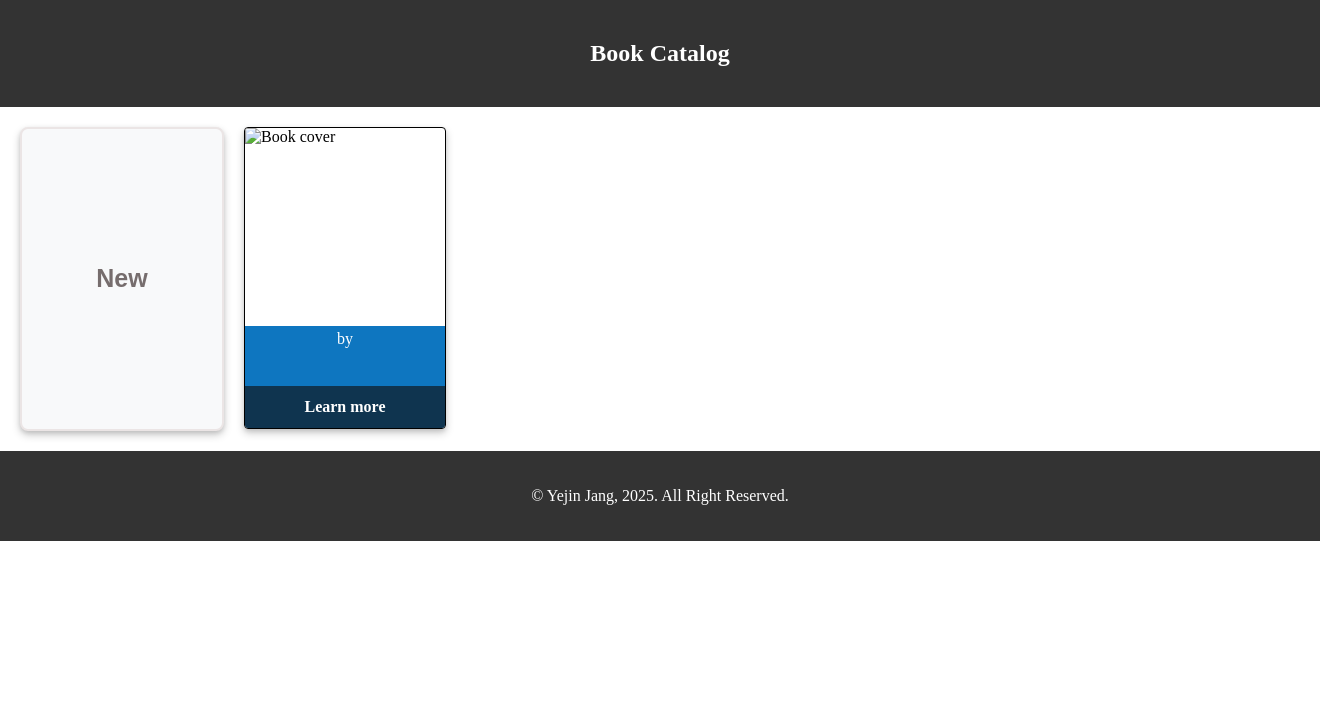
Repository: Yejin-Digital/Lab3-Assignment-BookCatalog
Page: /
These files come from the project's save history. The page is drawn as it stood at one moment and after the next save; the edit follows.
The browser window is 1280 px wide. The page is 1320 px wide, so the pictures cover 1320 px, including what lies to the right of the window. The pictures show the whole page.
The project was rebuilt for these pictures with package versions that can differ from the ones it lists, and the page was loaded fresh each time. Also part of the build but not shown: vite.config.js.

Above is the page before, as saved 2025-09-19 01:39:42.

After the next save:
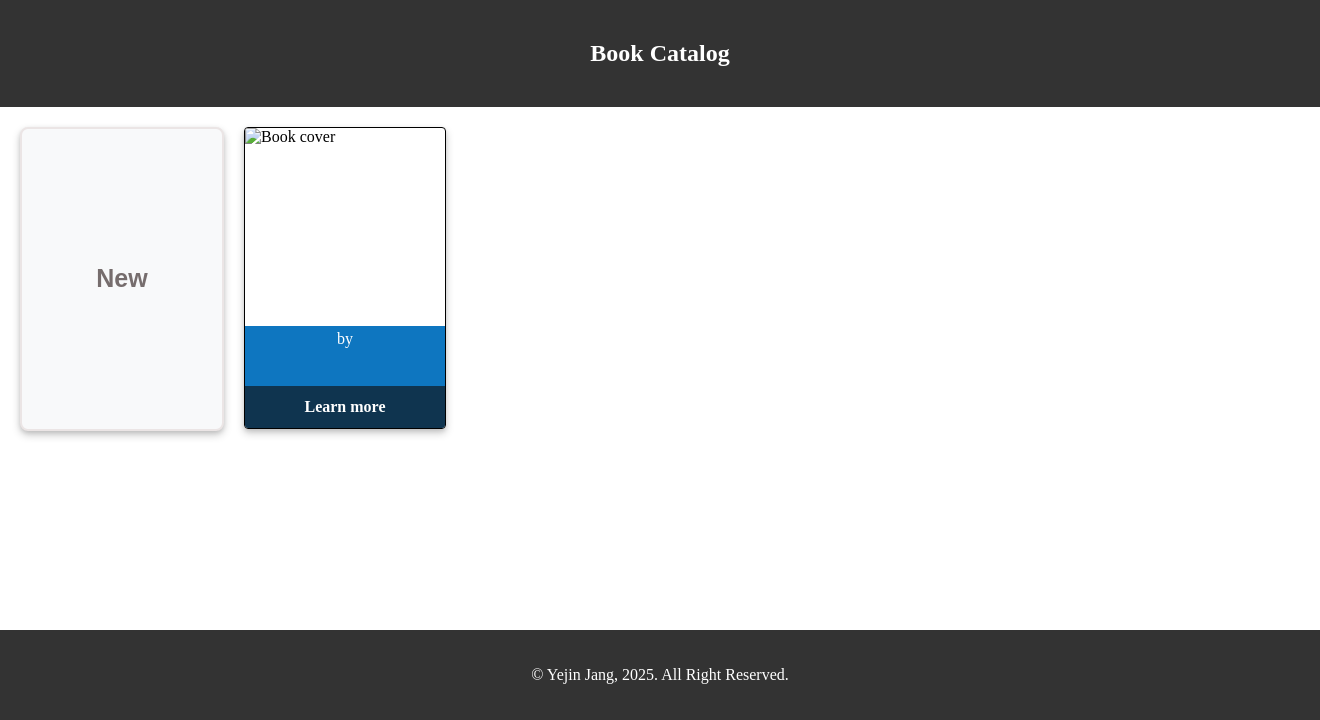
Saved 90 s later.
--- a/src/index.css
+++ b/src/index.css
@@ -38,6 +38,9 @@ body {
 }
 
 .footer-content {
+  position: fixed;
+  left: 0;
+  bottom: 0;
   background-color: #333;
   color: white;
   text-align: center;
